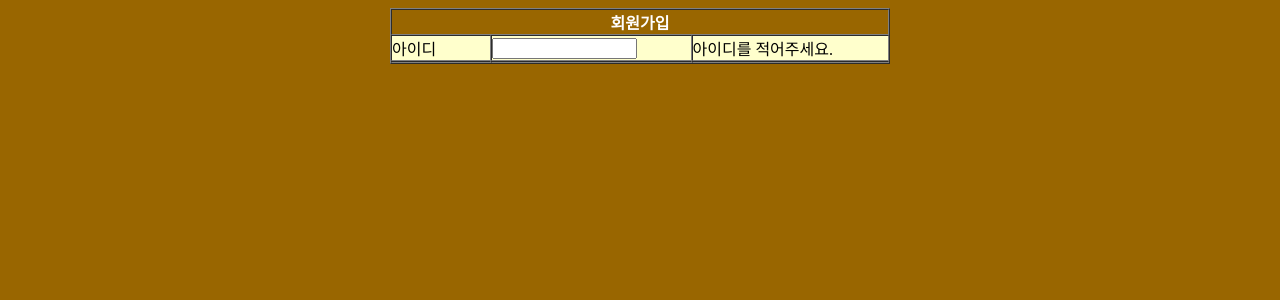
Repository: beom324/jsp-servlet
Page: http://localhost/day1226/member.jsp
An editor plug-in stored every save of this project. The page is shown before and after the next save, followed by the edit.
The browser window is 1280 px wide. The pictures show the whole page.
The page is served by Tomcat 9.

Above is the page before, as saved 2023-12-26 00:35:16.

After the next save:
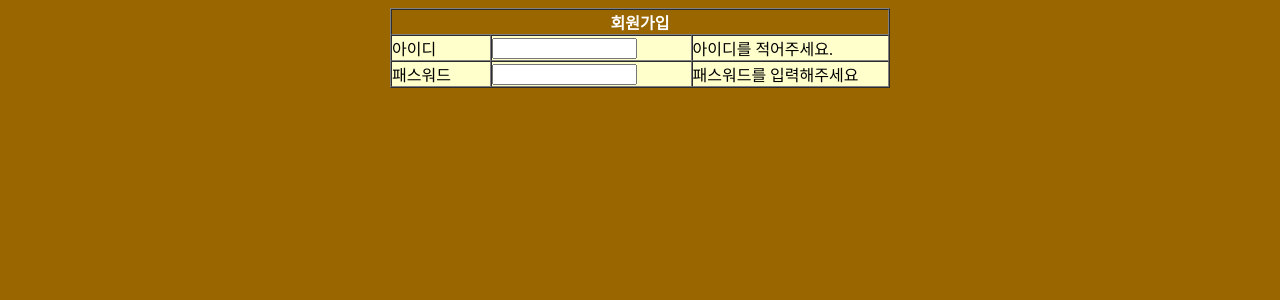
Saved 50 s later.
--- a/day1226/src/main/webapp/member.jsp
+++ b/day1226/src/main/webapp/member.jsp
@@ -25,9 +25,11 @@
 							<td width="200">아이디를 적어주세요.</td>
 						</tr>
 						<tr>
-							<td></td>
-							<td></td>
-							<td></td>
+							<td>패스워드</td>
+							<td>
+								<input type="text" name="pwd" size="15">
+							</td>
+							<td>패스워드를 입력해주세요</td>
 						</tr>
 					</form>
 				</table>
